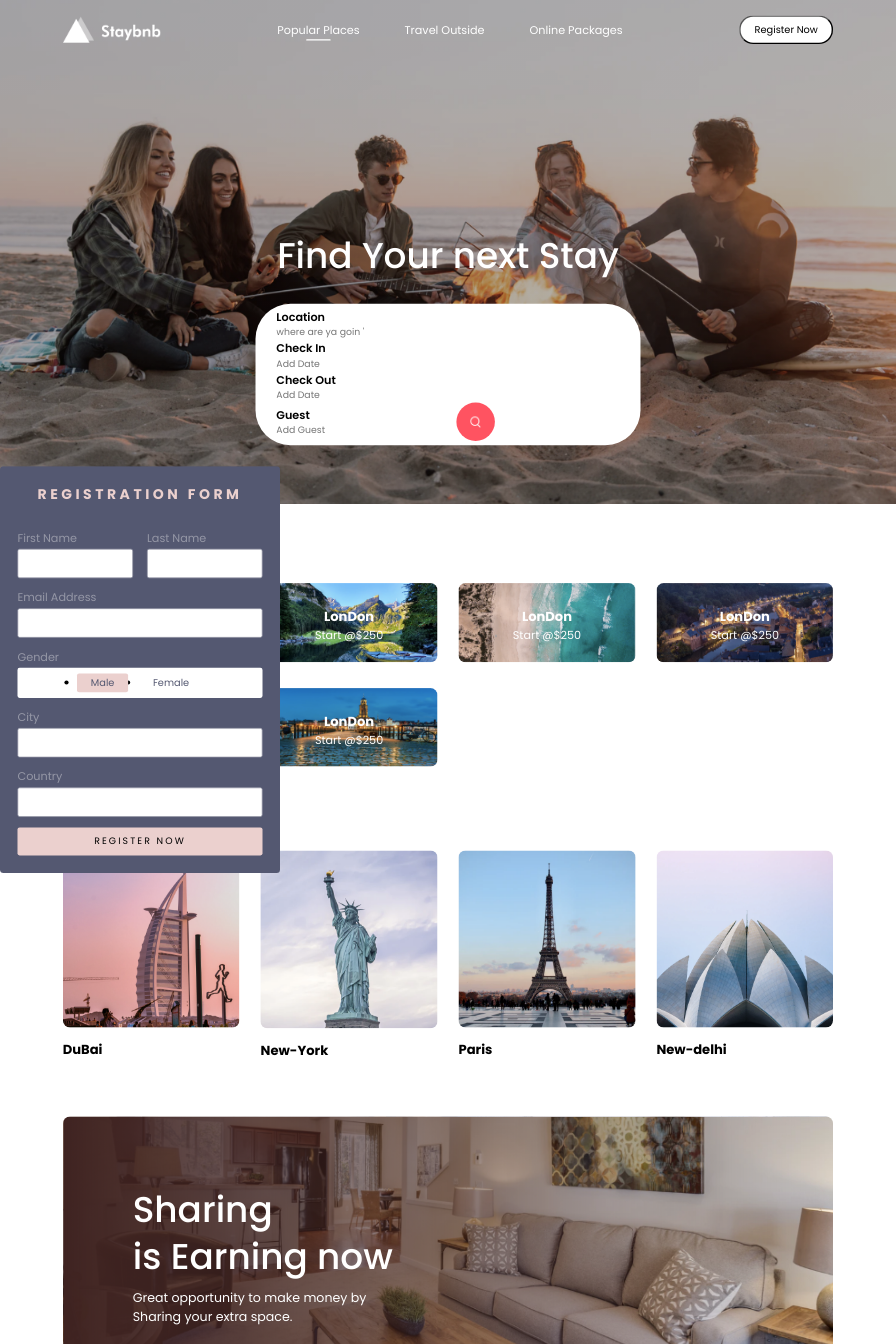
Repository: pinocoding/AirBnB
Page: index.html
These files come from the project's save history. The page is drawn as it stood at one moment and after a run of saves; the edit follows.
The browser window is 1280 px wide. The pictures show the part of the page from y = 0 to 1920 px (the page is 3041 px tall), at 70% of full size.

Above is the page before, as saved 2022-02-13 12:07:47.

After the next 2 saves:
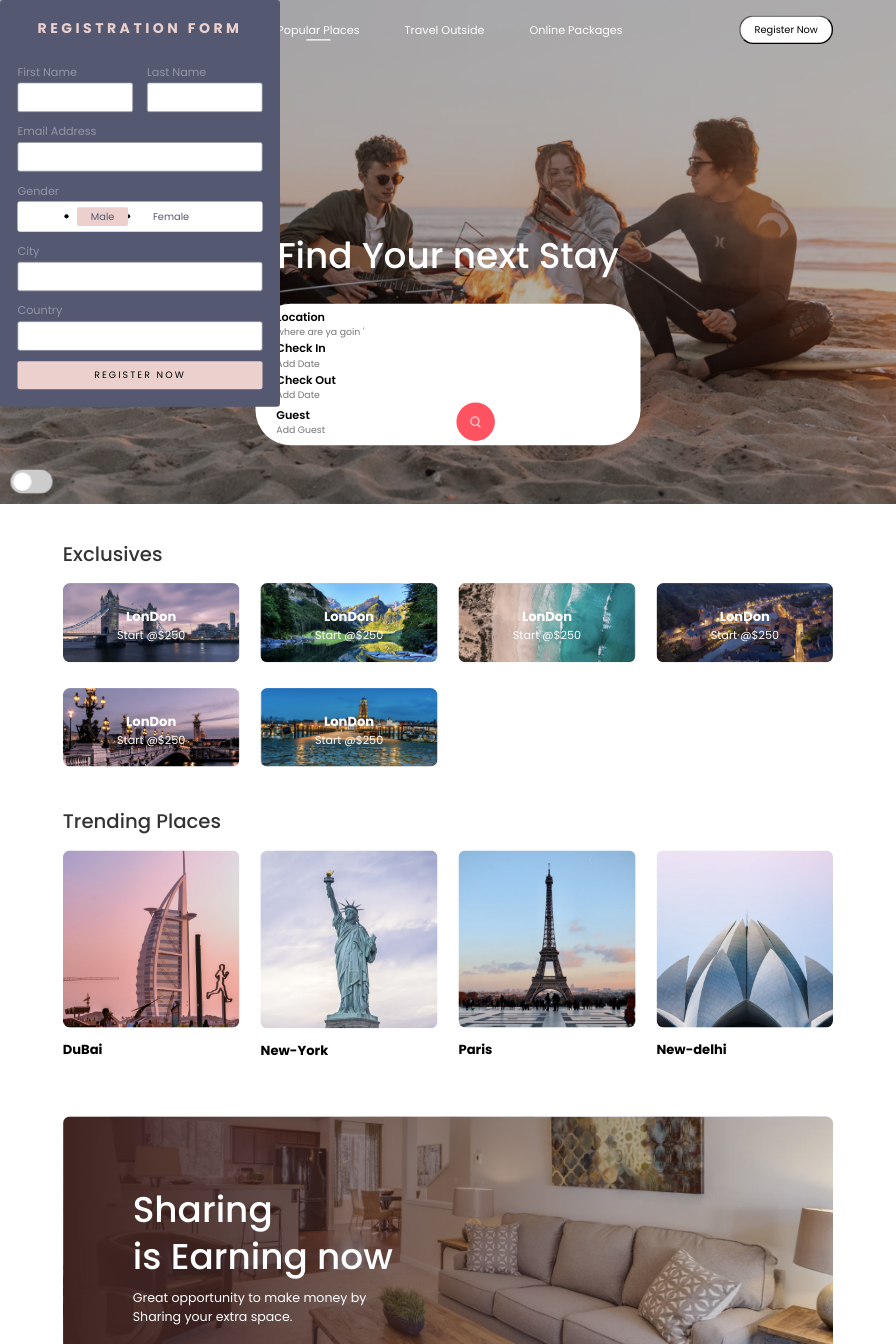
The 2 saves are shown as one change because they came seconds apart.
The last was saved 10 s later.
--- a/style.css
+++ b/style.css
@@ -311,6 +311,7 @@ nav {
     display: block;
     position: fixed;
     z-index: 99;
+    top: 0;
     /* top: 50%; */
     /* left: 50%; */
     /* transform: translateX(-50%); */
